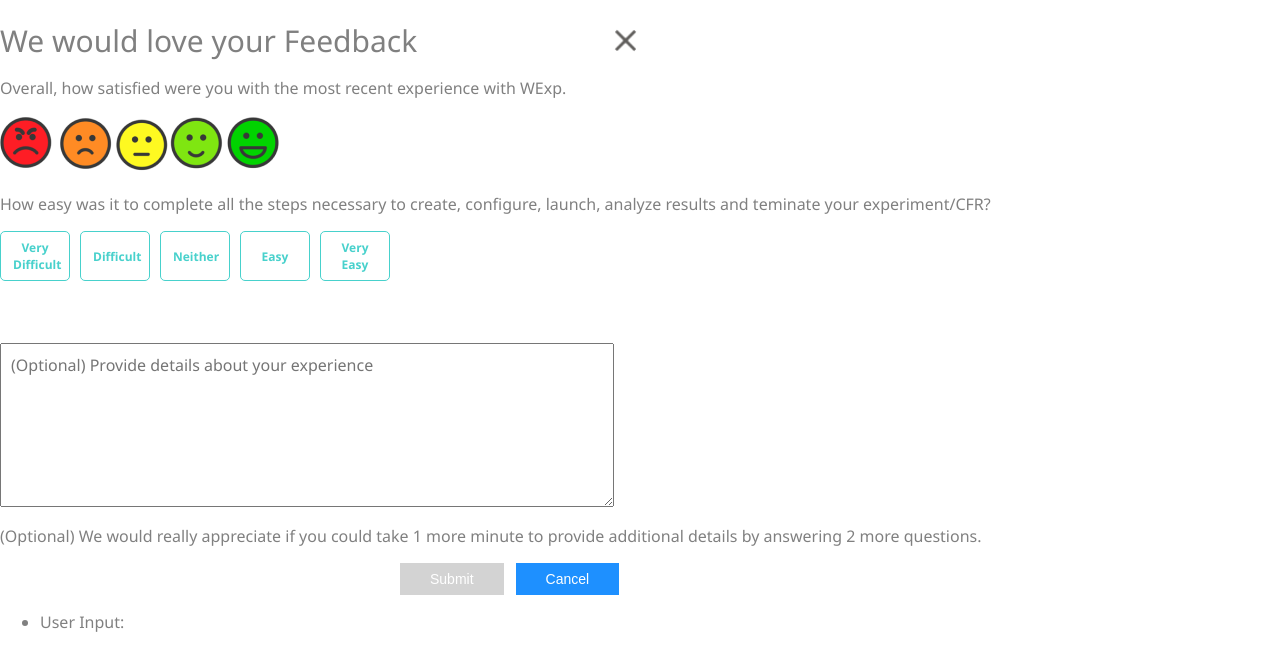
Repository: msfinnan/react-mobx-feedback-form
Page: /
These files come from the project's save history. The page is drawn as it stood at one moment and after the next save; the edit follows.
The browser window is 1280 px wide. The pictures show the whole page.
The project was rebuilt for these pictures with package versions that can differ from the ones it lists, and the page was loaded fresh each time.

Above is the page before, as saved 2019-08-28 11:07:59.

After the next save:
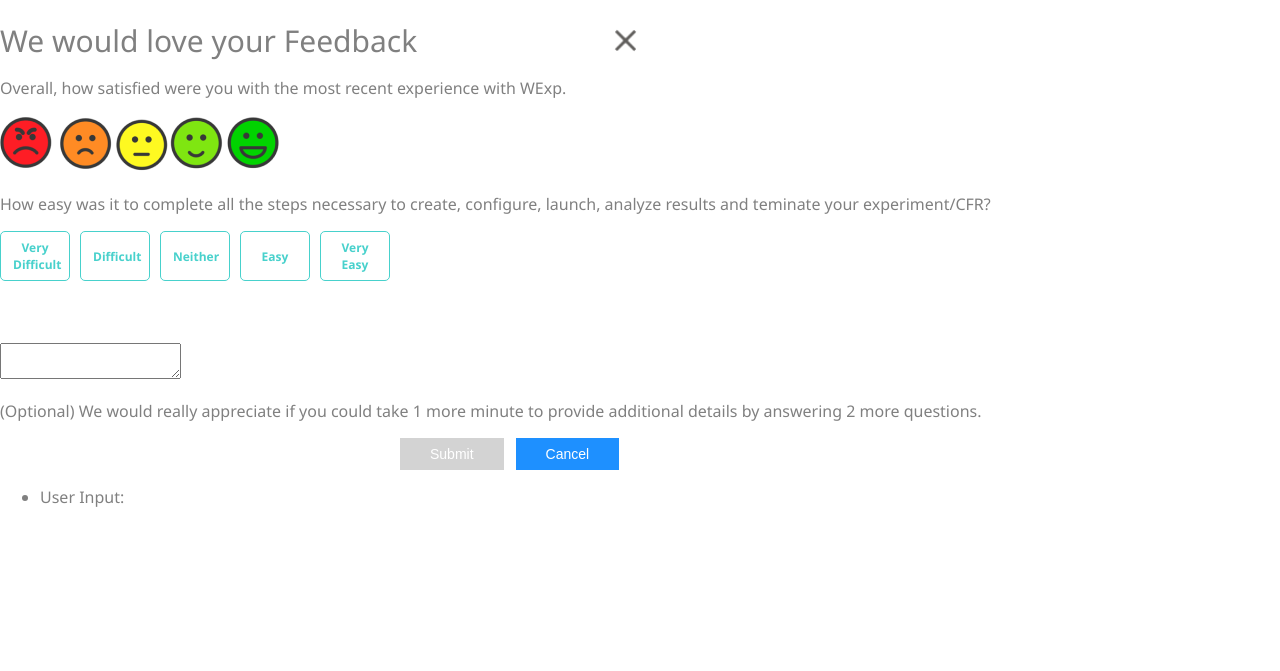
Saved 109 s later.
--- a/src/index.tsx
+++ b/src/index.tsx
@@ -7,7 +7,9 @@
 import { CommentBoxStore } from './stores/CommentBoxStore';
 import { Provider } from 'mobx-react';
 
-ReactDOM.render(<Provider commentBoxStore={ new CommentBoxStore }><App bodyTextStore={ new BodyTextStore() }/></Provider>, document.getElementById('root'));
+const commentBoxStore = new CommentBoxStore;
+
+ReactDOM.render(<Provider commentBoxStore ><App bodyTextStore={ new BodyTextStore() }/></Provider>, document.getElementById('root'));
 
 // If you want your app to work offline and load faster, you can change
 // unregister() to register() below. Note this comes with some pitfalls.

After the 3 saves that followed:
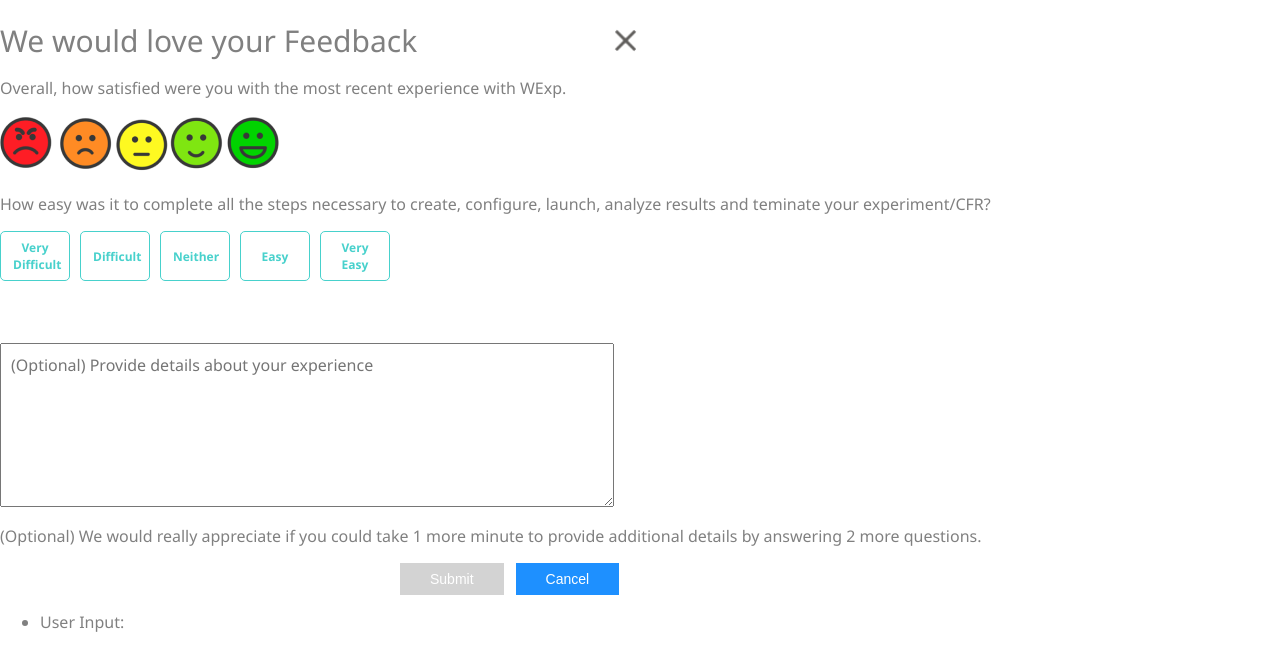
The 3 saves are shown as one change because 2 left the picture as it was.
The last was saved 2 min 25 s later.
--- a/src/index.tsx
+++ b/src/index.tsx
@@ -7,9 +7,9 @@
 import { CommentBoxStore } from './stores/CommentBoxStore';
 import { Provider } from 'mobx-react';
 
-const commentBoxStore = new CommentBoxStore;
+// const commentBoxStore = new CommentBoxStore();
 
-ReactDOM.render(<Provider commentBoxStore ><App bodyTextStore={ new BodyTextStore() }/></Provider>, document.getElementById('root'));
+ReactDOM.render(<Provider commentBoxStore={ new CommentBoxStore}><App bodyTextStore={ new BodyTextStore() }/></Provider>, document.getElementById('root'));
 
 // If you want your app to work offline and load faster, you can change
 // unregister() to register() below. Note this comes with some pitfalls.
--- a/src/App.tsx
+++ b/src/App.tsx
@@ -34,7 +34,7 @@ class App extends React.Component<AppProps, {}> {
         <EmojiCollection />
         <BodyText text={ this.props.bodyTextStore.secondText } />
         <DifficultyButtonCollection />
-        <CommentBox />
+        <CommentBox commentBoxStore={this.props.commentBoxStore}/>
         <BodyText text={ this.props.bodyTextStore.thirdText } />
         <SubmissionButtonCollection />
 
